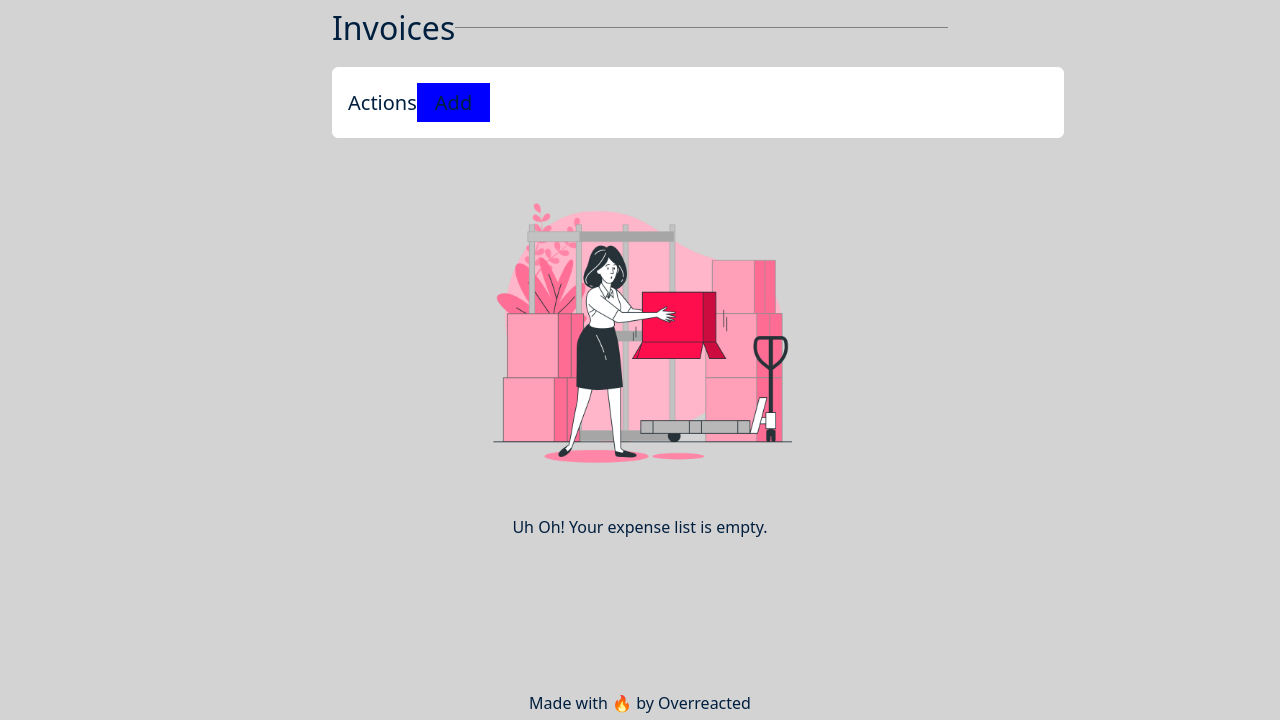
Repository: om1ars/task3
Page: /
These files come from the project's save history. The page is drawn as it stood at one moment and after the next save; the edit follows.
The browser window is 1280 px wide. The pictures show the whole page.
Some web libraries are served in a nearby version. The project was rebuilt for these pictures with package versions that can differ from the ones it lists, and the page was loaded fresh each time. Also part of the build but not shown: src/constants/add-expense.js, src/components/add-form/add-form.css, src/components/add-form/success-modal.css, src/components/add-form/success-modal.js, src/components/add-form/index.js, src/pages/add-expense/add-expense.css, src/pages/add-expense/index.js, src/components/expense-list/card.css and 1 more.

Above is the page before, as saved 2021-12-18 14:46:41.

### public/index.html
<!DOCTYPE html>
<html lang="en">
  <head>
    <meta charset="utf-8" />
    <link rel="icon" href="%PUBLIC_URL%/favicon.ico" />
    <meta name="viewport" content="width=device-width, initial-scale=1" />
    <meta name="theme-color" content="#000000" />
    <meta name="description" content="SPA to track all your expenses" />
    <link rel="apple-touch-icon" href="%PUBLIC_URL%/logo192.png" />
    <!--
      manifest.json provides metadata used when your web app is installed on a
      user's mobile device or desktop. See https://developers.google.com/web/fundamentals/web-app-manifest/
    -->
    <link rel="manifest" href="%PUBLIC_URL%/manifest.json" />
    <link rel="preconnect" href="https://fonts.googleapis.com" />
    <link rel="preconnect" href="https://fonts.gstatic.com" crossorigin />
    <link
      href="https://fonts.googleapis.com/css2?family=Noto+Sans&display=swap"
      rel="stylesheet"
    />
    <link
      rel="stylesheet"
      href="https://cdn-uicons.flaticon.com/uicons-regular-rounded/css/uicons-regular-rounded.css"
    />
    <link
      rel="stylesheet"
      href="https://cdn.jsdelivr.net/gh/devicons/devicon@v2.12.0/devicon.min.css"
    />
    <title>Xpensr</title>
  </head>
  <body>
    <noscript>You need to enable JavaScript to run this app.</noscript>
    <div id="root"></div>
    <!--
      This HTML file is a template.
      If you open it directly in the browser, you will see an empty page.

      You can add webfonts, meta tags, or analytics to this file.
      The build step will place the bundled scripts into the <body> tag.

      To begin the development, run `npm start` or `yarn start`.
      To create a production bundle, use `npm run build` or `yarn build`.
    -->
  </body>
</html>

### src/index.js
import React from "react";
import ReactDOM from "react-dom";
import "./index.css";
import App from "./App";
import reportWebVitals from "./reportWebVitals";
import { Provider } from "react-redux";
import store from "./redux/store/index";

ReactDOM.render(
  <Provider store={store}>
    <App />
  </Provider>,
  document.getElementById("root")
);

// If you want to start measuring performance in your app, pass a function
// to log results (for example: reportWebVitals(console.log))
// or send to an analytics endpoint. Learn more: https://bit.ly/CRA-vitals
reportWebVitals();

### src/index.css
body {
  margin: 0;
  font-family: "Noto Sans", sans-serif;
  -webkit-font-smoothing: antialiased;
  -moz-osx-font-smoothing: grayscale;
  background-color: lightgray;
  color: #001f3f;
}
a {
  text-decoration: none;
  color: #001f3f;
}
.button {
  /* background: #71ccca; */
  box-shadow: 20px 20px 60px #60adac, -20px -20px 60px #82ebe8;
}
code {
  font-family: source-code-pro, Menlo, Monaco, Consolas, "Courier New",
    monospace;
}

### src/App.js
import React from "react";
import { BrowserRouter as Router, Route, Switch } from "react-router-dom";
import Footer from "./components/footer";
import Header from "./components/header";
import AddExpense from "./pages/add-expense";
import Home from "./pages/home/index";

const App = () => {
  return (
    <Router>
      <Header />
      <Switch>
        <Route path="/" exact component={Home} />
        <Route path="/add-expense" component={AddExpense} />
      </Switch>
      <Footer />
    </Router>
  );
};

export default App;

### src/redux/store/index.js
import { combineReducers, createStore } from "redux";
import { expenseReducer } from "../reducers/expenses";
const reducer = combineReducers({
  expenses: expenseReducer,
});
const initialState = {};
const store = createStore(reducer, initialState);

export default store;

### src/components/footer/index.js
import React from "react";
import "./footer.css";
const Footer = () => {
  return <footer>Made with 🔥 by Overreacted</footer>;
};

export default Footer;

### src/components/header/index.js
import React from "react";
import "./header.css";
const Header = () => {
  return (
    <div className="header-container">
      <div className="header" style={{ display: "flex", alignItems: "center" }}>
        <div className="header-logo">
          Invoices
        </div>
        <div
          style={{ height: "1px", width: "100%", backgroundColor: "gray" }}
        ></div>
      </div>
    </div>
  );
};

export default Header;

### src/pages/home/index.js
import React from "react";
import ExpenseList from "../../components/expense-list";
import Footer from "../../components/footer";
import Header from "../../components/header";
import TopFold from "../../components/top-fold";
import "./home.css";
const Home = () => {
  return (
    <div className="home">
      <TopFold />
      <ExpenseList />
    </div>
  );
};

export default Home;

### src/redux/reducers/expenses.js
import {
  ADD_EXPENSE,
  DELETE_EXPENSE,
  SEARCH_EXPENSE,
} from "../action-types/expenses";

const initialList = () => {
  const list = localStorage.getItem("expense-list");
  let expenses = [];
  if (list) {
    expenses = JSON.parse(list);
  }
  return expenses;
};
const initialState = {
  expenseList: initialList(),
  query: "",
};

export const expenseReducer = (state = initialState, action) => {
  switch (action.type) {
    case ADD_EXPENSE: {
      localStorage.setItem(
        "expense-list",
        JSON.stringify([...state.expenseList, action.data])
      );
      return {
        ...state,
        expenseList: [...state.expenseList, action.data],
        query: "",
      };
    }
    case DELETE_EXPENSE: {
      const { data } = action;
      const updatedList = state.expenseList.filter(
        (item) => item.createdAt !== data.createdAt
      );
      localStorage.setItem("expense-list", JSON.stringify(updatedList));
      return {
        ...state,
        expenseList: updatedList,
      };
    }
    case SEARCH_EXPENSE: {
      const { query } = action;
      return {
        ...state,
        query,
      };
    }
    default:
      return {
        ...state,
      };
  }
};

### src/components/footer/footer.css
footer {
  width: 100%;
  position: fixed;
  bottom: 0;
  display: flex;
  justify-content: center;
  align-items: center;
  padding-bottom: 6px;
}

### src/components/header/header.css
.header-container {
  width: 50%;
  margin: auto;
}
.header {
  display: flex;
  justify-content: space-between;
  align-items: center;
  flex: 1;
  margin: 6px 12px;
}
.header-logo {
  display: flex;
  align-items: center;
  font-size: 32px;
  font-weight: 500;
}
.header-logo i {
  display: flex;
  align-items: center;
  margin-left: 6px;
}

.header-button {
  font-size: 20px;
  display: flex;
  justify-content: center;
  align-items: center;
  border: 1px solid black;
  border-radius: 6px;
  padding: 0px 8px;
}
.header-button i {
  margin-right: 4px;
}

@media only screen and (max-width: 1024px) {
  .header-container {
    width: 90%;
  }
  .header-logo {
    font-size: 28px;
  }
  .header-button {
    font-size: 18px;
  }
}

@media only screen and (max-width: 512px) {
  .header-container {
    width: 100%;
  }
  .header-logo {
    font-size: 24px;
  }
  .header-button {
    font-size: 16px;
  }
}

### src/components/top-fold/index.js
import React, { useEffect, useState } from "react";
import { Link, useLocation } from "react-router-dom";
import "./top-fold.css";
import { useDispatch } from "react-redux";
import { searchExpense } from "../../redux/actions/expenses";
const TopFold = () => {
  const [query, setQuery] = useState("");
  const dispatch = useDispatch();
  const handleQuery = (e) => {
    setQuery(e.target.value);
    dispatch(searchExpense(e.target.value));
  };
  return (
    <div className="topfold">
      {window.location.pathname === "/" ? (
        <div className="home-topfold">
          {/* <div className="searchbar">
            <i class="fi-rr-search"></i>
            <input
              placeholder="Search for expenses"
              value={query}
              onChange={(e) => handleQuery(e)}
            />
          </div> */}
          <Link to="/add-expense">
            <div
              className="add-button"
              style={{ width: "700px", backgroundColor: "white", padding: 15 }}
            >
              Actions
              <label style={{ padding: "6px 18px", backgroundColor: 'blue' }}>Add</label>
            </div>
          </Link>
        </div>
      ) : (
        <div className="add-topfold">
          <Link to="/">
            <div className="add-topfold-button">
              <i class="fi-rr-angle-left"></i>
              <label>Back</label>
            </div>
          </Link>
          <Link to="/">
            <div className="add-topfold-button">
              <i class="fi-rr-cross-circle"></i>
              <label>Cancel</label>
            </div>
          </Link>
        </div>
      )}
    </div>
  );
};

export default TopFold;

### src/components/expense-list/index.js
import React, { useEffect, useState } from "react";
import { useSelector } from "react-redux";
import { toast, ToastContainer } from "react-toastify";
import Card from "./card";
import "./expense-list.css";
const ExpenseList = () => {
  const { expenseList: list, query } = useSelector((state) => state.expenses);
  const filteredList = list.filter((item) => item.title.includes(query));

  const notifySuccess = () => toast.success("Expense Deleted!");
  return (
    <div className="expense-list">
      <ToastContainer
        position="bottom-left"
        autoClose={1500}
        hideProgressBar={false}
        newestOnTop={false}
        closeOnClick
      />
      {filteredList.length ? (
        filteredList.map((item) => (
          <Card item={item} notifySuccess={notifySuccess} />
        ))
      ) : (
        <div className="empty-state">
          <img
            src={require("../../assets/images/empty.png").default}
            alt="No Expenses"
            className="empty-image"
          />
          <label>Uh Oh! Your expense list is empty.</label>
        </div>
      )}
    </div>
  );
};

export default ExpenseList;

### src/pages/home/home.css
.home {
  width: 50%;
  margin: auto;
}

@media only screen and (max-width: 1024px) {
  .home {
    width: 90%;
  }
}

@media only screen and (max-width: 512px) {
  .home {
    width: 100%;
  }
}

### src/redux/action-types/expenses.js
export const ADD_EXPENSE = "ADD_EXPENSE";

export const DELETE_EXPENSE = "DELETE_EXPENSE";

export const SEARCH_EXPENSE = "SEARCH_EXPENSE";

### src/redux/actions/expenses.js
import {
  ADD_EXPENSE,
  DELETE_EXPENSE,
  SEARCH_EXPENSE,
} from "../action-types/expenses";

export const addExpense = (data) => {
  return {
    type: ADD_EXPENSE,
    data,
  };
};

export const deleteExpense = (data) => {
  console.log(data, "Action");
  return {
    type: DELETE_EXPENSE,
    data,
  };
};

export const searchExpense = (query) => {
  console.log(query);
  return {
    type: SEARCH_EXPENSE,
    query,
  };
};

### src/components/top-fold/top-fold.css
.topfold {
  display: flex;
  justify-content: space-between;
  margin: 6px 12px;
  padding: 12px 0px;
  align-items: center;
}
.home-topfold {
  display: flex;
  justify-content: space-between;
  flex: 1;
}
.searchbar {
  display: flex;
  align-items: center;
  width: 50%;
  background-color: white;
  border-radius: 12px;
}
.searchbar input {
  width: 80%;
  outline: none;
  padding: 8px 0px;
  border: none;
  margin-left: 6px;
  background-color: white;
}

.searchbar i {
  display: flex;
  align-items: center;
  margin-left: 6px;
}

.add-button {
  display: flex;
  align-items: center;
  border-radius: 4px;
  border: 1px solid white;
  font-size: 20px;
  padding: 0px 8px;
  border-radius: 6px;
  cursor: pointer;
}

.add-button i {
  display: flex;
  align-items: center;
  margin-right: 4px;
}
.add-topfold {
  display: flex;
  justify-content: space-between;
  flex: 1;
}
.add-topfold-button {
  display: flex;
  align-items: center;
  font-size: 18px;
  cursor: pointer;
}
.add-topfold-button i {
  display: flex;
  align-items: center;
  margin-right: 4px;
}

@media only screen and (max-width: 1024px) {
  .add-button {
    font-size: 18px;
  }
  .searchbar {
    width: 70%;
  }
}

@media only screen and (max-width: 512px) {
  .add-button {
    font-size: 16px;
  }
}

### src/components/expense-list/expense-list.css
.expense-list {
  margin: 6px 12px;

  display: flex;
  flex-direction: column;
  flex: 1;
}
.empty-state {
  display: flex;
  justify-content: center;
  align-items: center;
  flex-direction: column;
}
.empty-image {
  height: 360px;
}

@media only screen and (max-width: 1024px) {
  .empty-image {
    height: 320px;
  }
}

@media only screen and (max-width: 512px) {
  .empty-image {
    height: 240px;
  }
}

Loaded but not shown: src/reportWebVitals.js (common file)

After the next save:
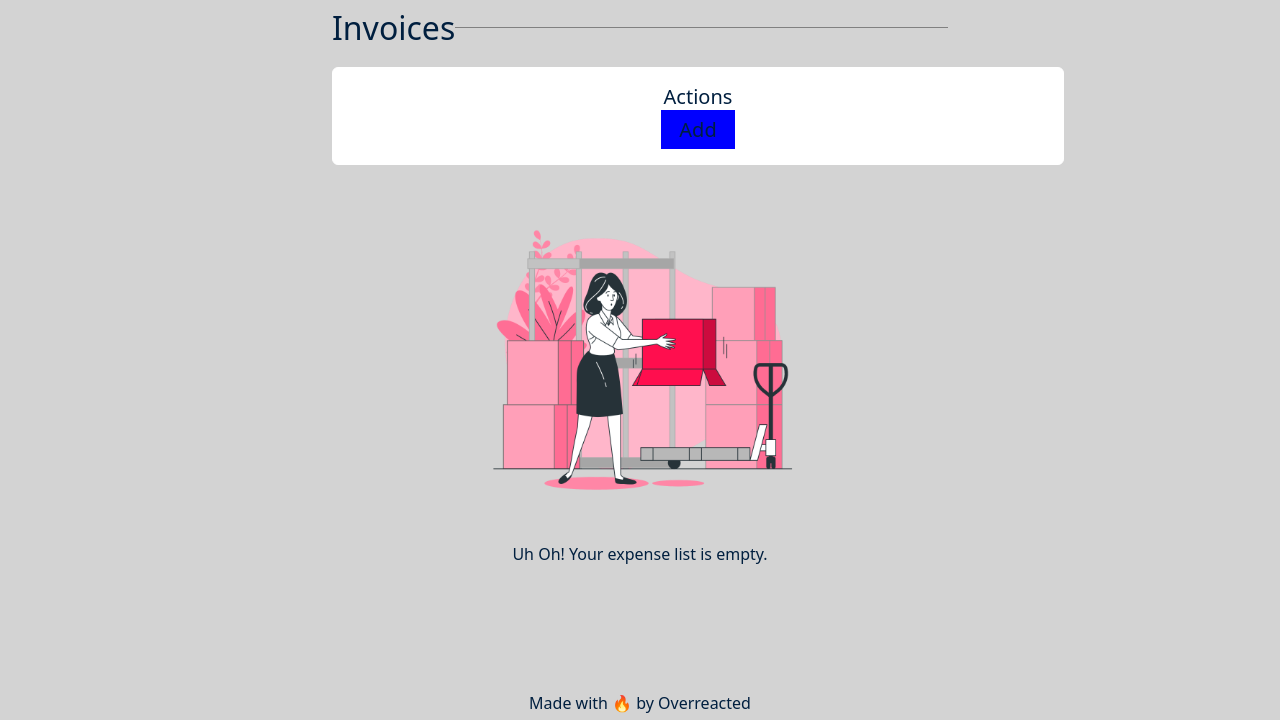
Saved 16 s later.
--- a/src/components/top-fold/index.js
+++ b/src/components/top-fold/index.js
@@ -25,10 +25,18 @@ const TopFold = () => {
           <Link to="/add-expense">
             <div
               className="add-button"
-              style={{ width: "700px", backgroundColor: "white", padding: 15 }}
+              style={{
+                width: "700px",
+                backgroundColor: "white",
+                padding: 15,
+                display: "flex",
+                flexDirection: "column",
+              }}
             >
               Actions
-              <label style={{ padding: "6px 18px", backgroundColor: 'blue' }}>Add</label>
+              <label style={{ padding: "6px 18px", backgroundColor: "blue" }}>
+                Add
+              </label>
             </div>
           </Link>
         </div>
